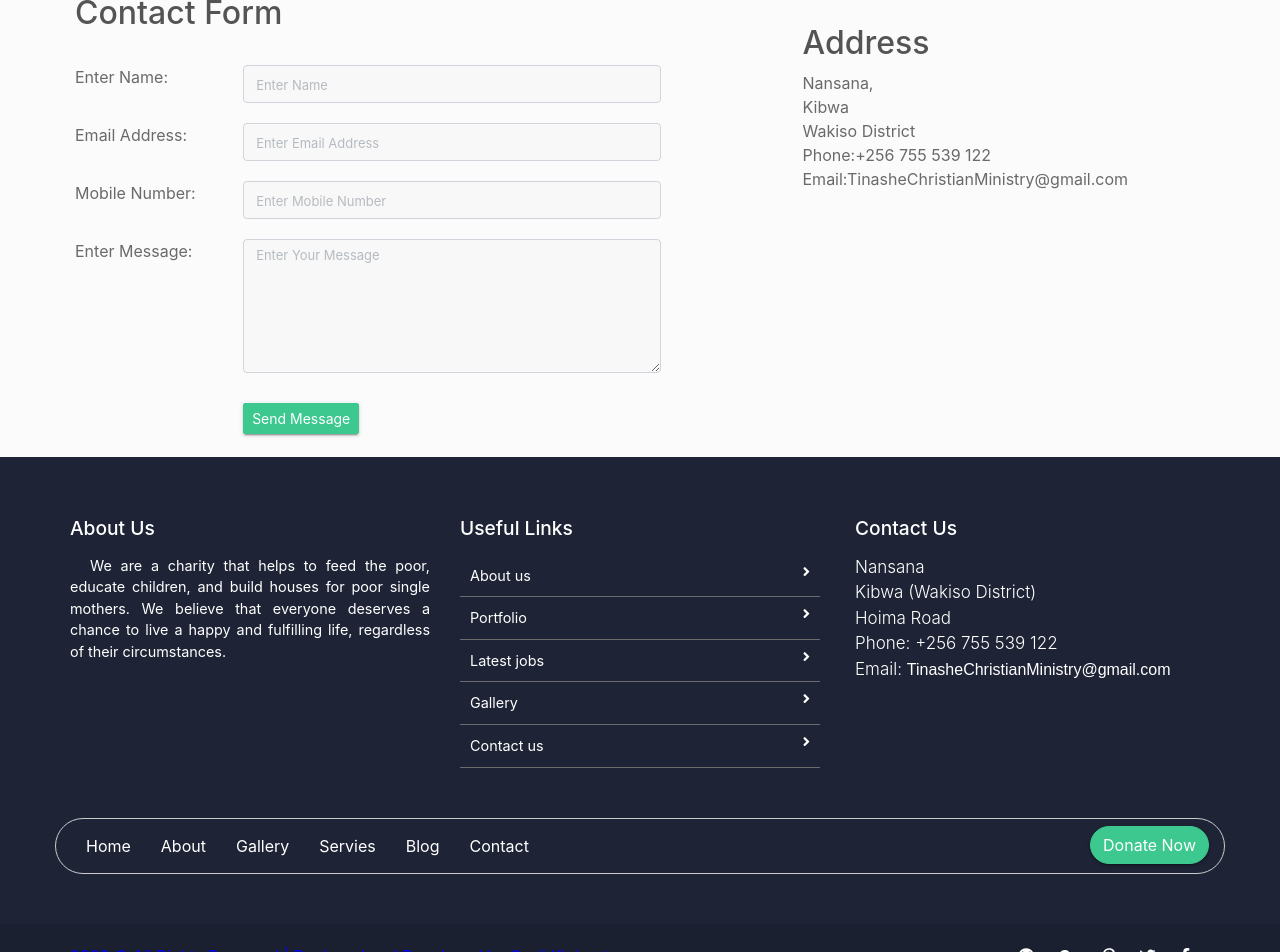
Repository: kluivert-ssali/Zziwa
Page: contact_us.html
An editor plug-in stored every save of this project. The page is shown before and after the next save, followed by the edit.
The browser window is 1280 px wide. The pictures show the part of the page from y = 618 to 1570 px (the page is 1606 px tall before and 1510 px after).

Above is the page before, as saved 2023-09-30 00:40:26.

After the next save:
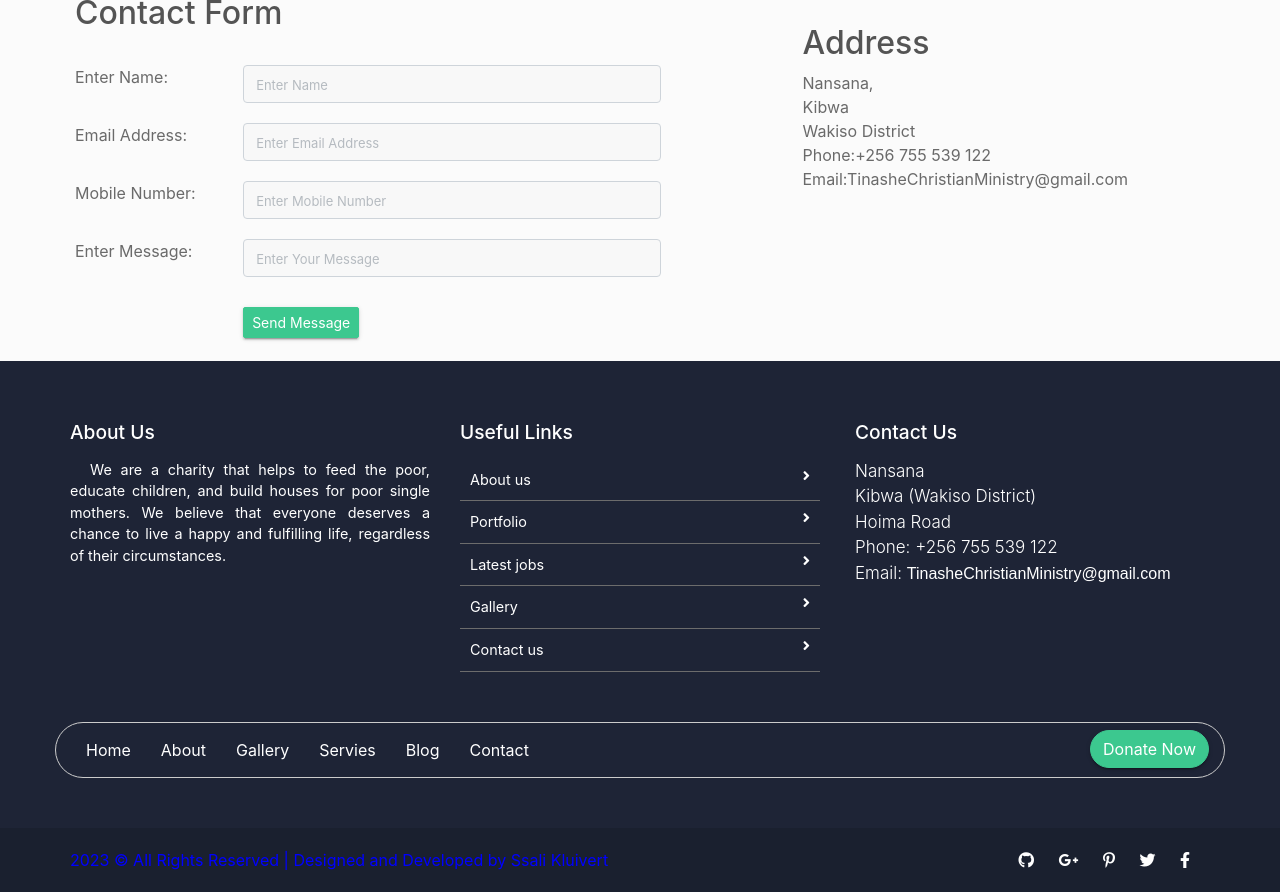
Saved 7 min 41 s later.
--- a/contact_us.html
+++ b/contact_us.html
@@ -152,6 +152,7 @@
                         placeholder="Enter Name"
                         name="name"
                         class="form-control input-sm"
+                        required
                       />
                     </div>
                   </div>
@@ -161,10 +162,11 @@
                     </div>
                     <div class="col-sm-8">
                       <input
-                        type="text"
-                        name="name"
+                        type="email"
+                        name="email"
                         placeholder="Enter Email Address"
                         class="form-control input-sm"
+                        required
                       />
                     </div>
                   </div>
@@ -174,10 +176,11 @@
                     </div>
                     <div class="col-sm-8">
                       <input
-                        type="text"
-                        name="name"
+                        type="number"
+                        name="Mobile-number"
                         placeholder="Enter Mobile Number"
                         class="form-control input-sm"
+                        required
                       />
                     </div>
                   </div>
@@ -186,11 +189,12 @@
                       <label>Enter Message</label><span>:</span>
                     </div>
                     <div class="col-sm-8">
-                      <textarea
+                      <input
                         rows="5"
+                        name="Message"
                         placeholder="Enter Your Message"
                         class="form-control input-sm"
-                      ></textarea>
+                      >
                     </div>
                   </div>
                   <div style="margin-top: 10px" class="row">
